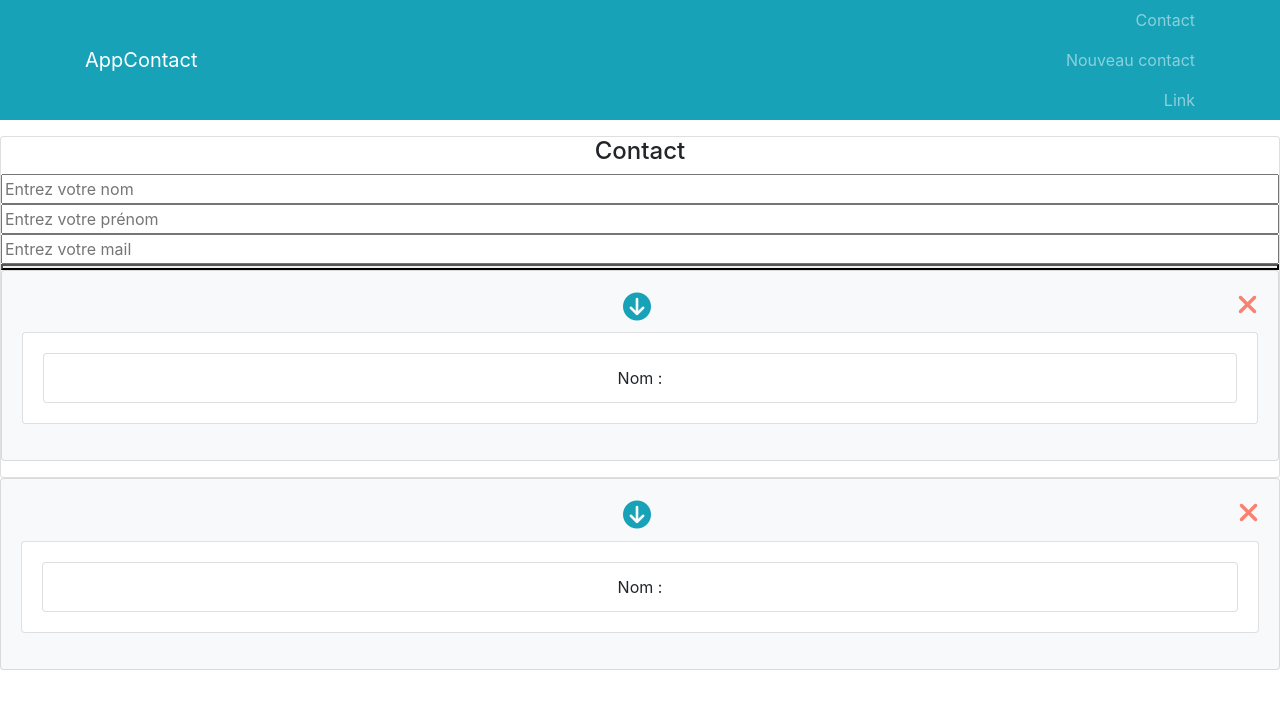
Repository: romgrm/appContact
Page: /
The author's editor kept a copy of each file at every save. The page is drawn from the files as they stood at one save, then again after a run of saves.
The browser window is 1280 px wide. The pictures show the whole page.
Some web libraries are served in a nearby version. The project was rebuilt for these pictures with package versions that can differ from the ones it lists, and the page was loaded fresh each time. Also part of the build but not shown: src/Components/Liste.js.

Above is the page before, as saved 2020-12-03 16:47:27.

### public/index.html
<!DOCTYPE html>
<html lang="en">
  <head>
    <meta charset="utf-8" />
    <link rel="icon" href="%PUBLIC_URL%/favicon.ico" />
    <meta name="viewport" content="width=device-width, initial-scale=1" />
    <meta name="theme-color" content="#000000" />
    <meta
      name="description"
      content="Web site created using create-react-app"
    />
    <link rel="apple-touch-icon" href="%PUBLIC_URL%/logo192.png" />

    <link rel="manifest" href="%PUBLIC_URL%/manifest.json" />

    <title>React App</title>
  </head>
  <body>
    <noscript>You need to enable JavaScript to run this app.</noscript>
    <div id="root"></div>
    <script src="https://kit.fontawesome.com/f66925acc9.js" crossorigin="anonymous"></script>

  </body>
</html>

### src/App.js
import Header from './Components/Header'
import Liste from './Components/Liste'
import Contact from './Components/Contact'

import 'bootstrap/dist/css/bootstrap.min.css'
import AddContact from './Components/AddContact'


function App() {
  return (
    <div className="App">
       <Header />
      <AddContact />
      <Contact />
      {/* // <div className="container pt-4">
      //   <Contact />
      // </div> */}
    </div>
  );
}

export default App;

### src/Components/Header.js
import React, { Component } from 'react'

export default class Header extends Component {
    render() {
        return (
            <React.Fragment>
                <nav className="navbar navbar-dark bg-info mb-3 py-0">
                    <div className="container">
                        <a href="/" className="navbar-brand">AppContact</a>
                        <ul className="navbar-nav">
                            <li className="nav-item ml-auto">
                                <a className="nav-link " href="#">Contact</a>
                            </li>
                            <li className="nav-item ml-auto">
                                <a className="nav-link" href="#">Nouveau contact</a>
                            </li>
                            <li className="nav-item ml-auto">
                                <a className="nav-link" href="#">Link</a>
                            </li>
                        </ul>
                    </div>
                </nav>

            </React.Fragment>

        )
    }
}

### src/Components/Contact.js
import React, { Component } from 'react'

export default class Contact extends Component {

    state = {
        show: true,
    }



    // onChange = (event) => {
    //     this.setState({
    //         nom: event.target.value
    //     })
    //     //console.log(this.state.entreeClavier)
    // }

    // onSubmit = (event) => {
    //     event.preventDefault();
    //     this.setState({
    //         nom: '',
    //         nom: this.state.nom

    //     })
    // }

    // Fonction qui permet de faire l'inverse de show (tips: on fait une fonction flechée car les fonctions simple ne peuvent être référencées avec le this.nomdelafunction)
    display = () => {
        this.setState({
            show: !this.state.show
        }, console.log(this.state.show))
    }

    // Fonction qui permet de récupérer la fonction anonyme Delete() qui va permettre de supprimer un contact via son Id (l'id courant) et cette function va elle-même s'executer via le clic sur la croix
    // deleteContact = () => {
    //     this.props.Delete()
    // }

    render() {
        return (
            <div className="card card-body bg-light text-center mb-3">
                <p className="h3">{this.props.Contact}&nbsp; <i style={{cursor: 'pointer', color: '#18A2B8'}} className="fas fa-arrow-circle-down"
                onClick={this.display}></i>
                <i className="fas fa-times" style={{float:'right', cursor: 'pointer', color: 'salmon'}}
                // onClick={this.deleteContact}
                ></i>
                </p>
                {/*Opération ternaire qui permet de dire : est ce que le show de state est 'true' ? si oui, affiche moi les données, si non, return null, donc cache les */}
                {this.state.show ? (
                    <ul className="card card-body">
                    <li className="list-group-item"> Nom : {this.props.dataNom}</li>
                    {/* <li className="list-group-item"> Prénom : {this.props.Prenom}</li>
                    <li className="list-group-item"> Mail : {this.props.Mail}</li> */}
                </ul>
                ) : null}
            </div>
        )
    }
}

### src/Components/AddContact.js
import React, { Component } from 'react'
import Contact from './Contact'

export default class AddContact extends Component {

    state = {
        nom: '',
        prenom: '',
        mail: ''
    }

    onChange=(event) => {
        this.setState({
            nom: event.target.value,
            prenom: event.target.value,
            mail: event.target.value
        })
    }

    onSubmit=(event)=> {
        this.setState({
            nom: '',
            nom: this.state.nom,
            prenom: '',
            prenom: this.state.prenom,
            mail: '',
            mail: this.state.mail
        }, console.log(this.state.nom))
    }
    render() {
        return (
            <div className="card body-card text-center">
                <h4>Contact</h4>
                <input
                name="Nom"
                placeholder="Entrez votre nom"
                onChange={this.onChange}
                value= {this.state.nom}
                ></input>
                <input
                name="Prenom"
                placeholder="Entrez votre prénom"
                onChange={this.onChange}
                value= {this.state.prenom}
                ></input>
                <input
                name="Mail"
                placeholder="Entrez votre mail"
                onChange={this.onChange}
                value= {this.state.mail}
                ></input>
                <button onClick={this.onSubmit}></button>
                <Contact
                dataNom = {this.state.nom}
                dataPrenom = {this.state.prenom}
                dataMail= {this.state.mail}
                />
            </div>
        )
    }
}

Loaded but not shown: src/index.js (common file)

After the next 6 saves:
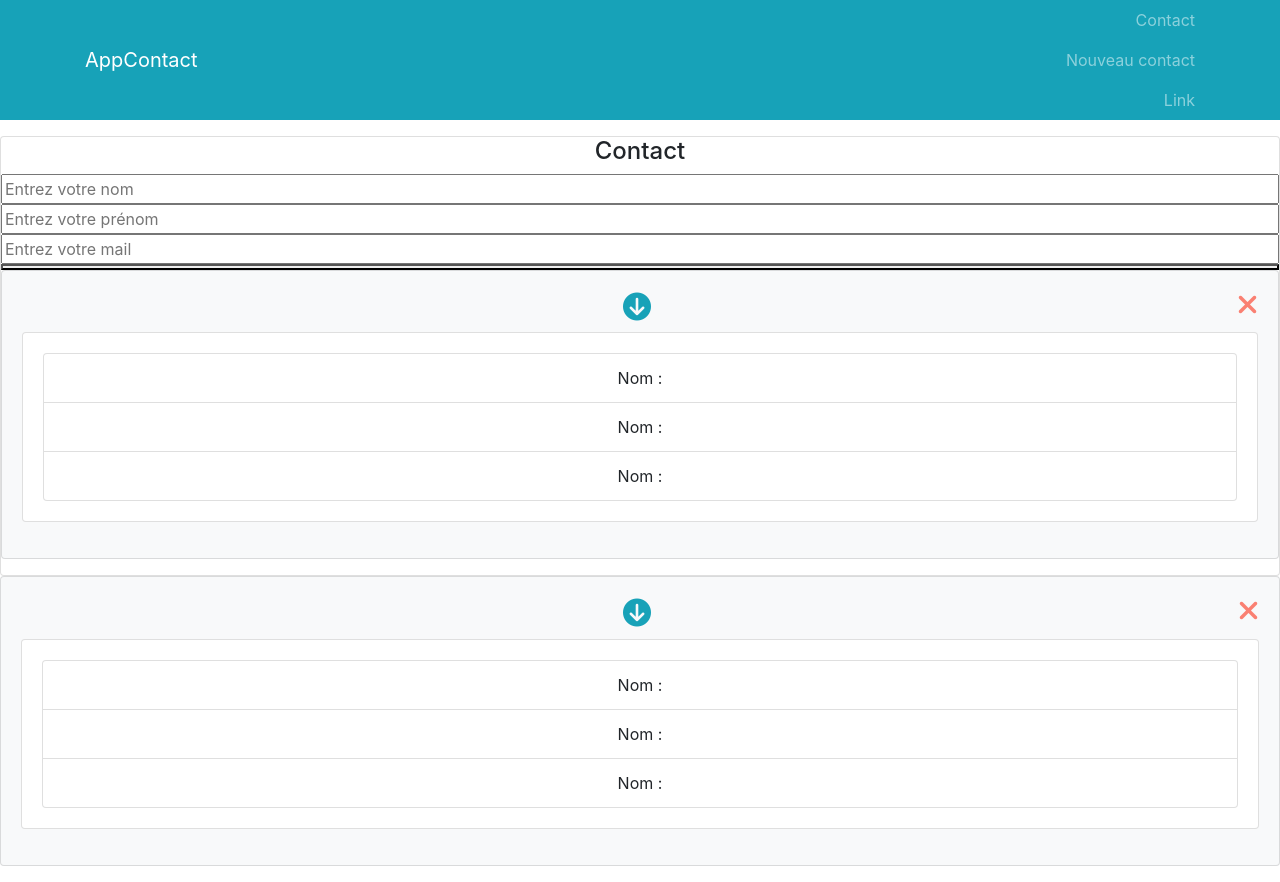
The 6 saves are shown as one change because they came seconds apart.
The last was saved 19 s later.
--- a/src/Components/Contact.js
+++ b/src/Components/Contact.js
@@ -49,6 +49,8 @@ export default class Contact extends Component {
                 {this.state.show ? (
                     <ul className="card card-body">
                     <li className="list-group-item"> Nom : {this.props.dataNom}</li>
+                    <li className="list-group-item"> Nom : {this.props.dataNom}</li>
+                    <li className="list-group-item"> Nom : {this.props.dataNom}</li>
                     {/* <li className="list-group-item"> Prénom : {this.props.Prenom}</li>
                     <li className="list-group-item"> Mail : {this.props.Mail}</li> */}
                 </ul>
